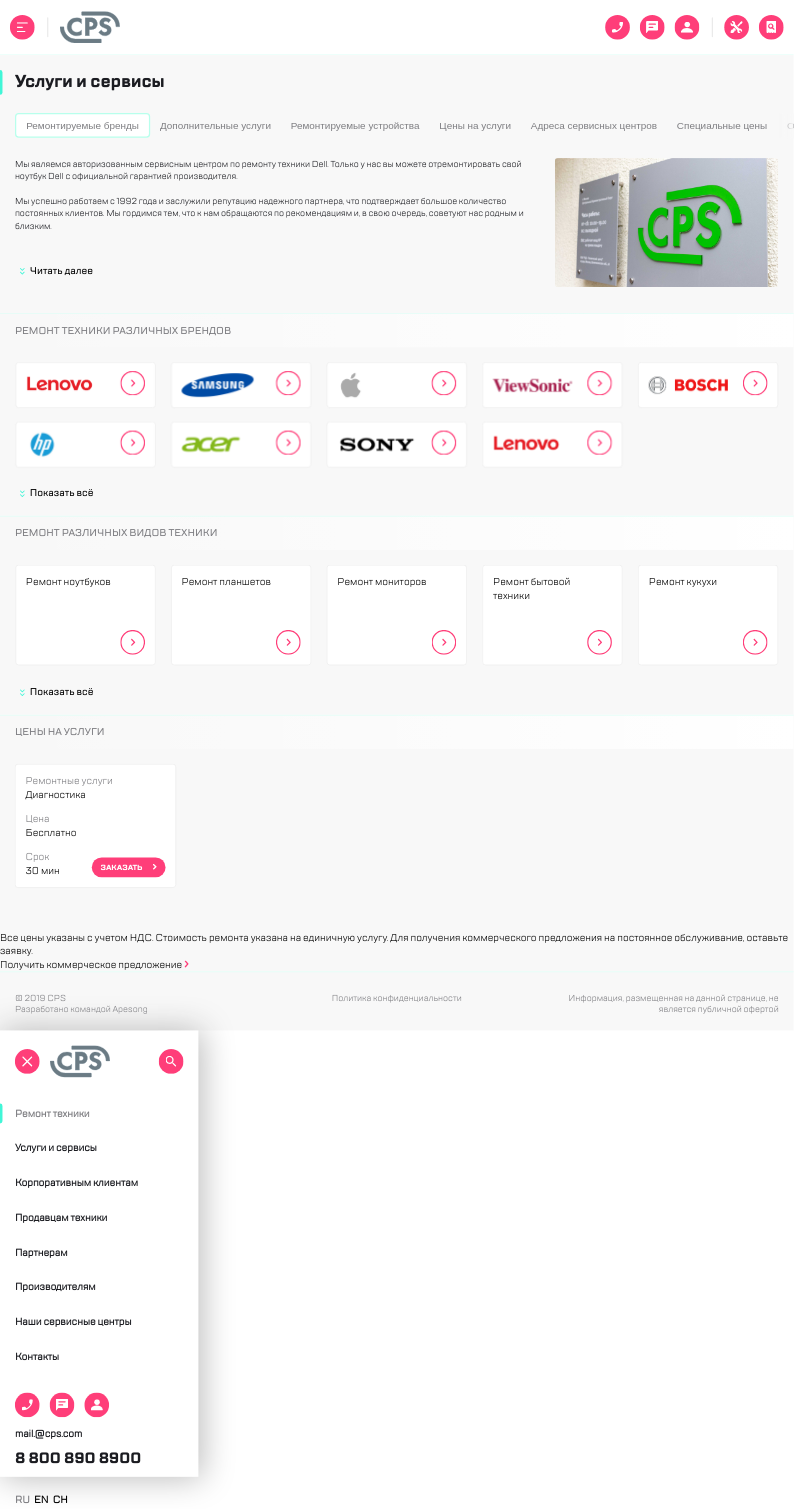
Repository: Dedoxa/WebCoreF
Page: /
The author's editor kept a copy of each file at every save. The page is drawn from the files as they stood at one save, then again after the next save.
The browser window is 1280 px wide. The pictures show the whole page, at 62% of full size.
The project was rebuilt for these pictures with package versions that can differ from the ones it lists, and the page was loaded fresh each time. Also part of the build but not shown: webpack.config.js.

Above is the page before, as saved 2024-06-15 20:14:17.

After the next save:
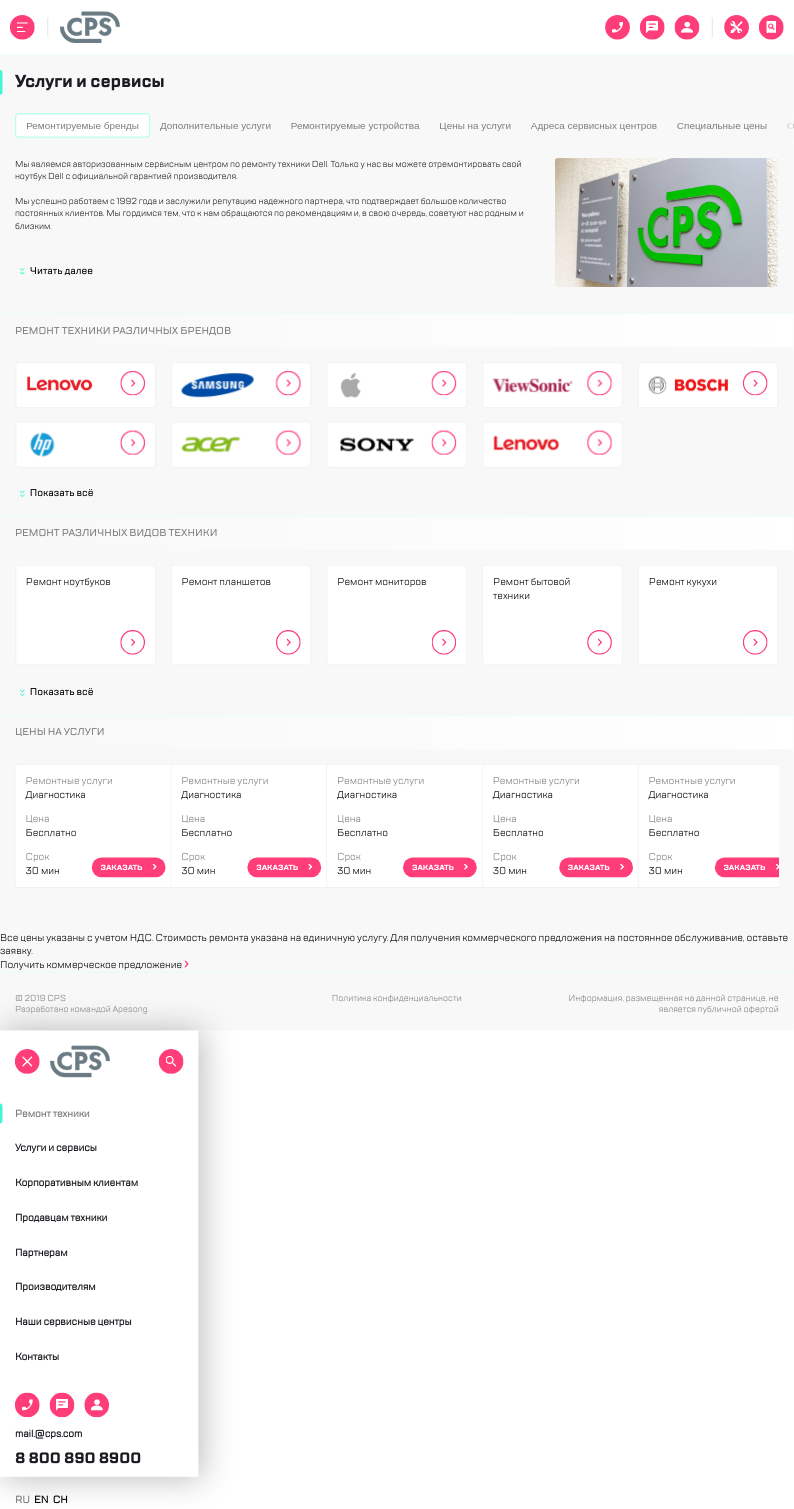
Saved 77 min 54 s later.
--- a/src/index.html
+++ b/src/index.html
@@ -306,6 +306,90 @@
                       </div>
                     </div>
                   </div>
+                  <div class="swiper-slide plates__slide">
+                    <div class="plates__price-plate">
+                      <div>
+                        <div class="plates__price-category">Ремонтные услуги</div>
+                        <div class="plates__price-text">Диагностика</div>
+                      </div>
+                      <div>
+                        <div class="plates__price-category">Цена</div>
+                        <div class="plates__price-text">Бесплатно</div>
+                      </div>
+                      <div>
+                        <div>
+                          <div class="plates__price-category">Срок</div>
+                          <div class="plates__price-text">30 мин</div>
+                        </div>
+                        <button class="plates__purchase-button">
+                          <span>заказать</span>
+                        </button>
+                      </div>
+                    </div>
+                  </div>
+                  <div class="swiper-slide plates__slide">
+                    <div class="plates__price-plate">
+                      <div>
+                        <div class="plates__price-category">Ремонтные услуги</div>
+                        <div class="plates__price-text">Диагностика</div>
+                      </div>
+                      <div>
+                        <div class="plates__price-category">Цена</div>
+                        <div class="plates__price-text">Бесплатно</div>
+                      </div>
+                      <div>
+                        <div>
+                          <div class="plates__price-category">Срок</div>
+                          <div class="plates__price-text">30 мин</div>
+                        </div>
+                        <button class="plates__purchase-button">
+                          <span>заказать</span>
+                        </button>
+                      </div>
+                    </div>
+                  </div>
+                  <div class="swiper-slide plates__slide">
+                    <div class="plates__price-plate">
+                      <div>
+                        <div class="plates__price-category">Ремонтные услуги</div>
+                        <div class="plates__price-text">Диагностика</div>
+                      </div>
+                      <div>
+                        <div class="plates__price-category">Цена</div>
+                        <div class="plates__price-text">Бесплатно</div>
+                      </div>
+                      <div>
+                        <div>
+                          <div class="plates__price-category">Срок</div>
+                          <div class="plates__price-text">30 мин</div>
+                        </div>
+                        <button class="plates__purchase-button">
+                          <span>заказать</span>
+                        </button>
+                      </div>
+                    </div>
+                  </div>
+                  <div class="swiper-slide plates__slide">
+                    <div class="plates__price-plate">
+                      <div>
+                        <div class="plates__price-category">Ремонтные услуги</div>
+                        <div class="plates__price-text">Диагностика</div>
+                      </div>
+                      <div>
+                        <div class="plates__price-category">Цена</div>
+                        <div class="plates__price-text">Бесплатно</div>
+                      </div>
+                      <div>
+                        <div>
+                          <div class="plates__price-category">Срок</div>
+                          <div class="plates__price-text">30 мин</div>
+                        </div>
+                        <button class="plates__purchase-button">
+                          <span>заказать</span>
+                        </button>
+                      </div>
+                    </div>
+                  </div>
                 </div>
                 <div class="swiper-pagination"></div>
               </div>
